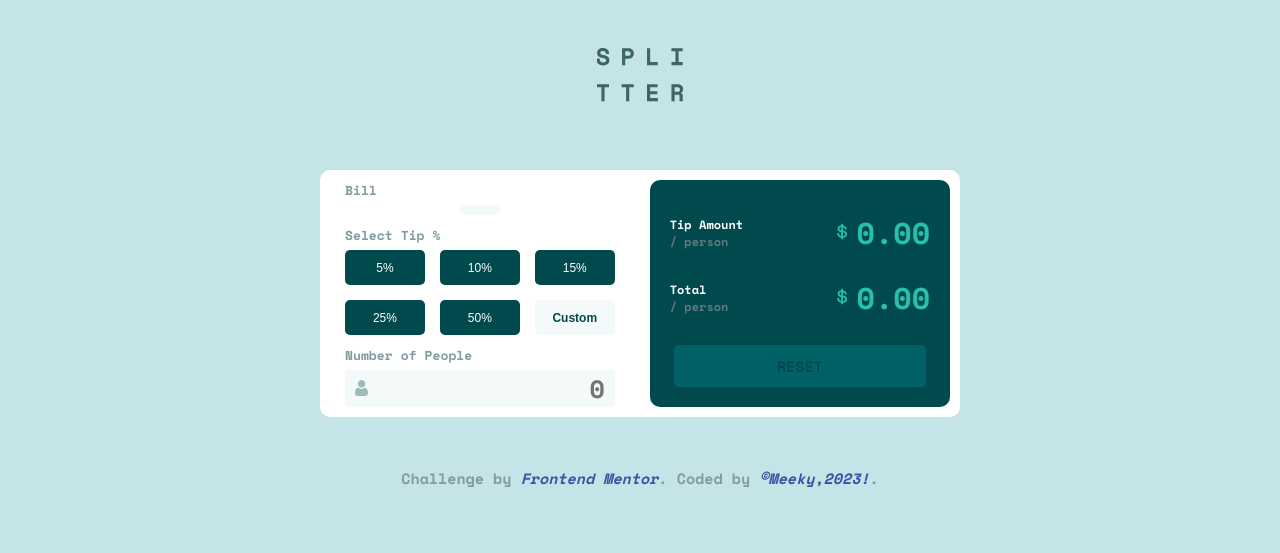
Repository: MeekyBerry/Frontend-Mentor-Challenges
Page: tip-calculator-app/index.html
The author's editor kept a copy of each file at every save. The page is drawn from the files as they stood at one save, then again after the next save.
The browser window is 1280 px wide. The pictures show the whole page.

Above is the page before, as saved 2023-04-07 21:43:00.

### tip-calculator-app/index.html
<!DOCTYPE html>
<html lang="en">

<head>
  <meta charset="UTF-8">
  <meta name="viewport" content="width=device-width, initial-scale=1.0">
  <link rel="icon" type="image/png" sizes="32x32" href="./css/images/favicon-32x32.png">
  <title> Tip calculator app</title>
  <link rel="stylesheet" href="./css/style.css">
  <script src="./script.js" defer></script>
</head>

<body>
  <div class="heading-logo">
    <img src="./css/images/logo.svg" alt="Logo" class="logo">
  </div>

  <form id="form" class="background">
    <div class="first-container">
      <div class="first-container__content">
        <label for="bill">Bill</label>
        <input type="number" id="bill" placeholder="0" class="bill-input__img input-bar">
      </div>

      <div class="tip">
        <div class="tip--heading">Select Tip %</div>
        <div class="percent-container">
          <button type="button" class="percent five">5%</button>
          <button type="button" class="percent ten">10%</button>
          <button type="button" class="percent fiftheen">15%</button>
          <button type="button" class="percent twenty-five">25%</button>
          <button type="button" class="percent fifty">50%</button>
          <button type="button" class="percent custom" id="cst-btn">Custom</button>
        </div>
      </div>
      <div class="first-container__content">
        <div class="people-validate">
          <label for="number">Number of People</label>
          <span id="validate" class="people-zero">Can't be zero</span>
        </div>
        <!-- <div class="icon-box"> -->
          <input type="number" id="people" class="people-input__img input-bar" placeholder="0">
        <!-- </div> -->
      </div>
    </div>

    <div class="second-container">
      <div class="second-container__content">
      <div class="amount">
        <p class="total">Tip Amount <span class="person">/ person</span></p>
        <div class="digit">
          <svg xmlns="http://www.w3.org/2000/svg" >
            <path fill="var(--Strong-cyan)"
              d="M6.016 16.328v-1.464c1.232-.08 2.22-.444 2.964-1.092.744-.648 1.116-1.508 1.116-2.58v-.144c0-.992-.348-1.772-1.044-2.34-.696-.568-1.708-.932-3.036-1.092V4.184c.56.144 1.012.4 1.356.768.344.368.516.816.516 1.344v.288h1.824v-.432c0-.448-.088-.876-.264-1.284a3.783 3.783 0 00-.744-1.116A4.251 4.251 0 007.54 2.9a5.324 5.324 0 00-1.524-.492V.872H4.288V2.36a5.532 5.532 0 00-1.416.324c-.448.168-.84.392-1.176.672-.336.28-.604.616-.804 1.008-.2.392-.3.844-.3 1.356v.144c0 .96.316 1.708.948 2.244.632.536 1.548.884 2.748 1.044v3.912c-.704-.16-1.248-.472-1.632-.936-.384-.464-.576-1.08-.576-1.848v-.288H.256v.576c0 .464.08.924.24 1.38.16.456.404.88.732 1.272.328.392.744.728 1.248 1.008s1.108.476 1.812.588v1.512h1.728zM4.288 7.424c-.688-.128-1.164-.332-1.428-.612-.264-.28-.396-.644-.396-1.092 0-.464.176-.832.528-1.104.352-.272.784-.448 1.296-.528v3.336zm1.728 5.712V9.344c.768.128 1.328.328 1.68.6.352.272.528.688.528 1.248 0 .544-.196.984-.588 1.32-.392.336-.932.544-1.62.624z" />
          </svg>
          <span id="tip-amount" class="amount-span">0.00</span>
        </div>
      </div>

      <div class="amount">
        <p class="total">Total <span class="person">/ person</span></p>
        <div class="digit">
          <svg xmlns="http://www.w3.org/2000/svg">
            <path fill="var(--Strong-cyan)"
              d="M6.016 16.328v-1.464c1.232-.08 2.22-.444 2.964-1.092.744-.648 1.116-1.508 1.116-2.58v-.144c0-.992-.348-1.772-1.044-2.34-.696-.568-1.708-.932-3.036-1.092V4.184c.56.144 1.012.4 1.356.768.344.368.516.816.516 1.344v.288h1.824v-.432c0-.448-.088-.876-.264-1.284a3.783 3.783 0 00-.744-1.116A4.251 4.251 0 007.54 2.9a5.324 5.324 0 00-1.524-.492V.872H4.288V2.36a5.532 5.532 0 00-1.416.324c-.448.168-.84.392-1.176.672-.336.28-.604.616-.804 1.008-.2.392-.3.844-.3 1.356v.144c0 .96.316 1.708.948 2.244.632.536 1.548.884 2.748 1.044v3.912c-.704-.16-1.248-.472-1.632-.936-.384-.464-.576-1.08-.576-1.848v-.288H.256v.576c0 .464.08.924.24 1.38.16.456.404.88.732 1.272.328.392.744.728 1.248 1.008s1.108.476 1.812.588v1.512h1.728zM4.288 7.424c-.688-.128-1.164-.332-1.428-.612-.264-.28-.396-.644-.396-1.092 0-.464.176-.832.528-1.104.352-.272.784-.448 1.296-.528v3.336zm1.728 5.712V9.344c.768.128 1.328.328 1.68.6.352.272.528.688.528 1.248 0 .544-.196.984-.588 1.32-.392.336-.932.544-1.62.624z" />
          </svg>
          <span id="total-amount" class="amount-span">0.00</span>
        </div>
      </div>
      </div>
      <div class="btn-wrapper">
        <button type="reset" id="reset" class="btn">Reset</button>
      </div>
    </div>
  </form>

  <div class="attribution">
    Challenge by <a href="https://www.frontendmentor.io?ref=challenge" target="_blank">Frontend Mentor</a>.
    Coded by <a href="https://www.linkedin.com/in/mikkylanky/" target="_blank">&copy;Meeky,2023!</a>.
  </div>
</body>

</html>

### tip-calculator-app/css/style.css
@import url("https://fonts.googleapis.com/css2?family=Space+Mono:wght@400;700&display=swap");

:root {
  /* ### Primary */
  --Strong-cyan: hsl(172, 67%, 45%);
  /* ### Neutral */
  --Very-dark-cyan: hsl(183, 100%, 15%);
  --Dark-grayish-cyan: hsl(186, 14%, 43%);
  --Grayish-cyan: hsl(184, 14%, 56%);
  --Light-grayish-cyan: hsl(185, 41%, 84%);
  --Very-light-grayish-cyan: hsl(189, 41%, 97%);
  --White: hsl(0, 0%, 100%);
  --dark-blue: hsl(228, 45%, 44%);
}

html {
  font-size: 50%;
}

*,
::before,
::after {
  margin: 0;
  padding: 0;
  box-sizing: border-box;
}

body {
  font-size: 1.8rem;
  font-family: "Space Mono", sans-serif;
  font-weight: 700;
  background-color: var(--Light-grayish-cyan);
  color: var(--Grayish-cyan);
  height: 100%;
  width: 100%;
}

.heading-logo {
  height: 15rem;
  width: 100%;
  position: relative;
}

.logo {
  position: absolute;
  top: 50%;
  left: 50%;
  transform: translate(-50%, -50%);
}

.background {
  display: flex;
  flex-direction: column;
  justify-content: space-around;
  gap: 1rem;
  background-color: var(--White);
  height: 100%;
  width: 60%;
  border-radius: 1rem;
  padding: 2rem 1rem;
  margin: 2rem auto;
  -webkit-border-radius: 1rem;
  -moz-border-radius: 1rem;
  -ms-border-radius: 1rem;
  -o-border-radius: 1rem;
}

.first-container {
  width: 100%;
  display: flex;
  flex-direction: column;
  align-items: center;
}

.first-container__content {
  display: flex;
  flex-direction: column;
  justify-content: center;
  align-items: center;
  gap: .5rem;
  width: 90%;
}

.people-validate {
  display: flex;
  justify-content: space-between;
  align-items: center;
  gap: 1rem;
  width: 100%;
}

.people-zero {
  color: red;
  font-size: 1rem;
  font-family: "Space Mono", sans-serif;
  font-weight: 400;
  align-self: flex-end;
  display: none;
}

label {
  font-size: 1.3rem;
  align-self: flex-start;
}

.input-bar {
  display: flex;
  justify-content: space-between;
  align-items: center;
  width: 100%;
  border: none;
  border-radius: .5rem;
  font-size: 2.5rem;
  font-family: "Space Mono", sans-serif;
  font-weight: 700;
  text-align: end;
  padding: 0 1rem 0 3rem;
}

.input-bar:focus {
  outline-color: var(--Strong-cyan);
}

.bill-input__img {
  background: url(../css/images/icon-dollar.svg) no-repeat var(--Very-light-grayish-cyan) 1rem 1rem;
  width: 1rem;
  height: 1rem;
  padding: 0 1rem 0 3rem;
}

.people-input__img {
  background: url(../css/images/icon-person.svg) no-repeat var(--Very-light-grayish-cyan) 1rem 1rem;
  padding: 0 1rem 0 3rem;
}

/* Remove Arrows/Spinners ON INPUT */
input::-webkit-outer-spin-button,
input::-webkit-inner-spin-button {
  -webkit-appearance: none;
}

/* Firefox */
input[type="number"] {
  -moz-appearance: textfield;
}

.tip {
  padding: 1rem 0;
  width: 90%;
}

.tip--heading {
  font-size: 1.3rem;
  margin-bottom: .5rem;
}

.percent-container {
  display: grid;
  grid-template-columns: repeat(2, 1fr);
  grid-template-rows: repeat(3, 1fr);
  grid-template-areas:
    "five ten"
    "fiftheen twentyFive"
    "fifty custom";
  place-items: center;
  gap: 1.5rem;
}

.percent {
  background-color: var(--Very-dark-cyan);
  color: var(--White);
  text-align: center;
  border: none;
  font-size: 1.2rem;
  width: 100%;
  height: 3.5rem;
  border-radius: .5rem;
  -webkit-border-radius: .5rem;
  -moz-border-radius: .5rem;
  -ms-border-radius: .5rem;
  -o-border-radius: .5rem;
}

.percent:active {
  background-color: var(--Light-grayish-cyan);
  color: var(--Very-dark-cyan);
  font-weight: 700;
}

.five {
  grid-area: five;
}

.ten {
  grid-area: ten;
}

.fiftheen {
  grid-area: fiftheen;
}

.twenty-five {
  grid-area: twentyFive;
}

.fifty {
  grid-area: fifty;
}

.custom {
  grid-area: custom;
  background-color: var(--Very-light-grayish-cyan);
  color: var(--Very-dark-cyan);
  font-weight: 700;
}

.custom-input {
  background-color: var(--Very-light-grayish-cyan);
  color: var(--Very-dark-cyan);
  border: none;
  padding: 0 1rem;
  font-size: 1.5rem;
  font-weight: 700;
  text-align: end;
  width: 100%;
  height: 100%;
  border-radius: .5rem;
  -webkit-border-radius: .5rem;
  -moz-border-radius: .5rem;
  -ms-border-radius: .5rem;
  -o-border-radius: .5rem;
}

.custom-input:focus {
  outline-color: var(--Strong-cyan);
}

.second-container {
  background-color: var(--Very-dark-cyan);
  border-radius: 1rem;
  padding: 2rem 1rem;
  width: 90%;
  margin: 0 auto;
}

.second-container__content {
  display: flex;
  flex-direction: column;
  justify-content: space-between;
}

.amount {
  display: flex;
  justify-content: space-between;
  align-items: center;
  gap: .5rem;
  padding: 1rem;
}

.total {
  color: var(--White);
  font-size: 1.2rem;
}

.person {
  display: block;
  font-size: rem;
  color: var(--Dark-grayish-cyan);
}

.digit {
  display: flex;
  align-items: center;
  justify-content: center;
  /* gap: 1rem; */
}

svg {
  width: 2rem;
  height: 2rem;
}

.amount-span {
  font-size: 3rem;
  color: var(--Strong-cyan);
}

.btn-wrapper {
  display: flex;
  justify-content: center;
  align-items: center;
  margin-top: 1rem;
}

.btn {
  width: 90%;
  padding: 1rem;
  background-color: hsl(183, 100%, 20%);
  color: var(--Very-dark-cyan);
  border: none;
  text-transform: uppercase;
  font-size: 1.5rem;
  font-weight: 700;
  font-family: "Space Mono", sans-serif;
  border-radius: .5rem;
  -webkit-border-radius: .5rem;
  -moz-border-radius: .5rem;
  -ms-border-radius: .5rem;
  -o-border-radius: .5rem;
}

.attribution {
  font-size: 1.5rem;
  text-align: center;
  margin-top: 5rem;
}

.attribution a {
  color: var(--dark-blue);
  text-decoration: none;
  font-style: italic;
}

@media only screen and (min-width: 600px) {
  html {
    font-size: 56.25%
  }

  .background {
    width: 40%;
  }
}

@media only screen and (min-width: 900px) {
  html {
    font-size: 62.5%;
  }

  .background {
    width: 50%;
    height: 50%;
    margin: 2rem auto;
    flex-direction: row;
    gap: 2rem;
    padding: 1rem;
  }

  .first-container {
    display: flex;
    flex-direction: column;
    justify-content: space-around;
    flex-basis: 50%;
  }

  .percent-container {
    grid-template-columns: repeat(3, 1fr);
    grid-template-rows: repeat(2, 1fr);
    grid-template-areas:
      "five ten fiftheen"
      "twentyFive fifty custom";
  }

  .second-container {
    display: flex;
    flex-direction: column;
    flex-basis: 50%;
  }

  .btn-wrapper {
    margin-top: auto;
  }
}

### tip-calculator-app/script.js
// 1. Get the bill amount from the input field
const billInput = document.getElementById("bill");
// 2. Get the tip percentage from the Button array
const tipButtons = document.querySelectorAll(".percent");
// 2.1. The percentage array contains a Custom button which toggles to input field when clicked
const customButton = document.querySelector(".custom");
// 2.2. Get the custom percentage from the input field
const customInput = document.createElement("input");
// Add style class to created customInput element
// customInput.classList.add('custom-input');
// 3. Get the number of people from the input field
const peopleInput = document.getElementById("people");
// 4. Calculate the tip amount per person;
const tipAmountSpan = document.getElementById("tip-amount");
// 5. Calculate the total cost per person
const totalAmountSpan = document.getElementById("total-amount");
// 6. Display the tip amount per person
const resetButton = document.getElementById("reset");
const validatePeople = document.getElementById("validate");

let bill = 0;
let tipPercentage = 0;
let customPercentage = 0;
let people = 0;

let inputPeople = false;
let error = true;

// calculate tip and total amount
const calculateTip = () => {
  if (people > 0) {
    inputPeople = true;
    let tip = (bill * (tipPercentage + customPercentage)) / 100;
    let total = bill + tip;
    let tipPerPerson = tip / people;
    let totalPerPerson = total / people;
    tipAmountSpan.textContent = `${tipPerPerson.toFixed(2)}`;
    totalAmountSpan.textContent = `${totalPerPerson.toFixed(2)}`;
  }
};

// add event listener for bill input
billInput.addEventListener("input", () => {
  bill = Number(billInput.value);
  calculateTip();
  disableReset();
});

// add event listener for people input
peopleInput.addEventListener("input", () => {
  if (peopleInput.value === "0") {
    validatePeople.style.display = "block";
    peopleInput.style.outlineColor = "red";
  } else {
    validatePeople.style.display = "none";
    peopleInput.style.outlineColor = "hsl(172, 67%, 45%)";
    people = Number(peopleInput.value);
    calculateTip();
    disableReset();
  }
});

// add event listeners for tip buttons
tipButtons.forEach((button) => {
  button.addEventListener("click", () => {
    if (button.classList.contains("custom")) {
      customInput.type = "number";
      customInput.value = "";
      customInput.classList.add("custom-input");
      if (button.parentNode) {
        button.parentNode.replaceChild(customInput, button);
        customInput.focus();
      }
    } else {
      tipPercentage = Number(button.textContent.replace("%", ""));
      calculateTip();
    }
  });
});

// add event listener for custom input
customInput.addEventListener("input", () => {
  customPercentage = Number(customInput.value);
  calculateTip();
});

// add event listener for reset button
resetButton.addEventListener("click", () => {
  billInput.value = "";
  peopleInput.value = "";
  tipAmountSpan.textContent = "0.00";
  totalAmountSpan.textContent = "0.00";
  bill = 0;
  tipPercentage = 0;
  customPercentage = 0;
  people = 0;
  if (customInput.parentNode) {
    customInput.parentNode.replaceChild(customButton, customInput);
  }
  resetButton.disabled = true;
  disableReset();
  validatePeople.style.display = "none";
});

// disable reset button
const disableReset = () => {
  if (billInput.value.trim() === "" && peopleInput.value.trim() === "") {
    resetButton.disabled = true;
    resetButton.style.backgroundColor = "hsl(183, 100%, 25%)";
  } else {
    resetButton.disabled = false;
    resetButton.style.backgroundColor = "hsl(172, 67%, 45%)";
  }
};

// add event listeners for reset button for the active state
resetButton.addEventListener("mousedown", () => {
  resetButton.style.backgroundColor = "hsl(185, 41%, 84%)";
});

resetButton.addEventListener("mouseup", () => {
  resetButton.style.backgroundColor = "hsl(183, 100%, 25%)";
});

After the next save:
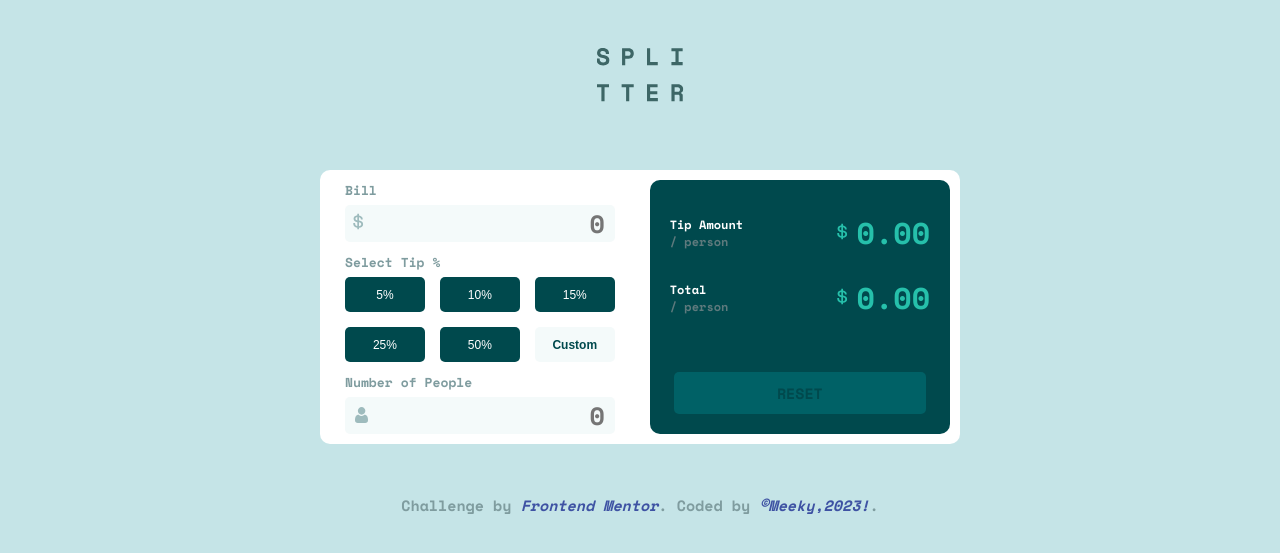
Saved 25 s later.
--- a/tip-calculator-app/css/style.css
+++ b/tip-calculator-app/css/style.css
@@ -122,9 +122,7 @@ label {
 }
 
 .bill-input__img {
-  background: url(../css/images/icon-dollar.svg) no-repeat var(--Very-light-grayish-cyan) 1rem 1rem;
-  width: 1rem;
-  height: 1rem;
+  background: url(../css/images/icon-dollar.svg) no-repeat var(--Very-light-grayish-cyan) .8rem .8rem;
   padding: 0 1rem 0 3rem;
 }
 
